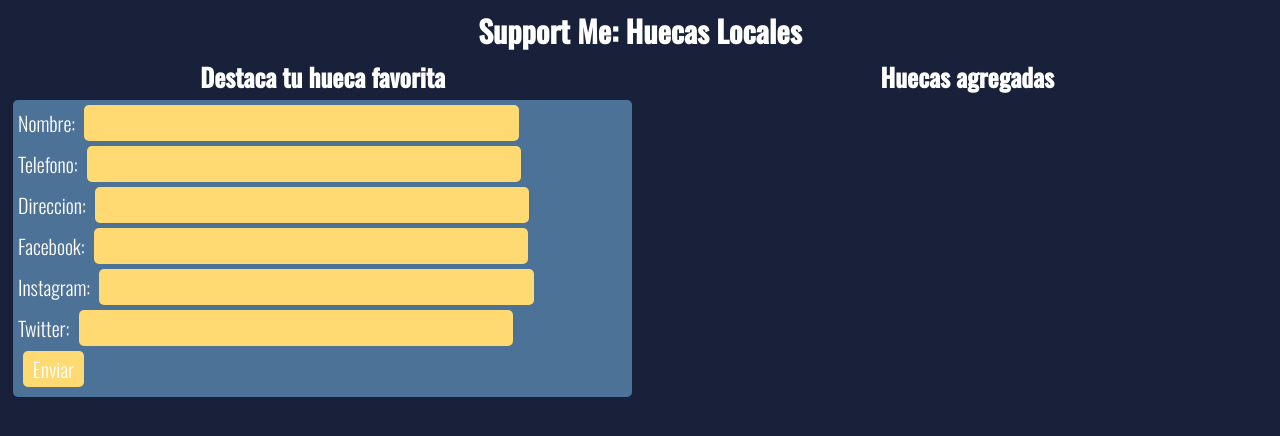
Repository: renzopachecoj/huecas-website
Page: index.html
These files come from the project's save history. The page is drawn as it stood at one moment and after the next save; the edit follows.
The browser window is 1280 px wide. The pictures show the whole page.

Above is the page before, as saved 2020-08-01 15:30:30.

### index.html
<!DOCTYPE html>
<html>
<head>
    <title>Huecas</title>
    <link rel="stylesheet" href="styles.css">
</head>
<body>
    <h1>Support Me: Huecas Locales</h1>
    <div id="content">
    <div class="col">
        <h2>Destaca tu hueca favorita</h2>
        <form action="huecas.php" method="post">
            Nombre: <input type="text" name="nombre"><br>
            Telefono: <input type="tel" name="telefono"><br>
            Direccion: <input type="text" name="direccion"><br>
            Facebook: <input type="url" name="facebook"><br>
            Instagram: <input type="url" name="instagram"><br>
            Twitter: <input type="url" name="twitter"><br>
            <input type="submit" value="Enviar">
        </form>
    </div>
    <div class="col">
        <h2>Huecas agregadas</h2>
    </div>
</div>
</body>
</html>

### styles.css
@import url('https://fonts.googleapis.com/css2?family=Oswald:wght@300;500&display=swap');

* {
    font-family: 'Oswald', sans-serif;
    font-weight: lighter;
    font-size: 20px;
    color: #fff;
}
body{
    background-color: #18203a;
}
h1{
    font-size: 30px;
    font-weight: bold;
    width: 100%;
    text-align: center;
    margin: 5px 0px 5px 0px;
}
h2{
    font-size: 25px;
    font-weight: bold;
    width: 100%;
    text-align: center;
    margin: 0px 0px 5px 0px;
}
.col{
    display: flex;
    flex-direction: column;
    width: 49%;
}
#content{
    display: flex;
    flex-direction: row;
    float: left;
    column-gap: 2%;
    width: 100%;
    margin: 0px 5px 5px 5px;
}
input{
    width: 70%;
    margin: 0px 5px 5px 5px;
    border-radius: 5px;
    border-color: transparent;
    background-color: #FFD972;
    align-self: stretch;
}
input[value="Enviar"]{
    width: 10%;
    z-index: 100;
}
form{
    background-color: #4D7298;
    padding: 5px 5px 5px 5px;
    border-radius: 5px;
}

After the next save:
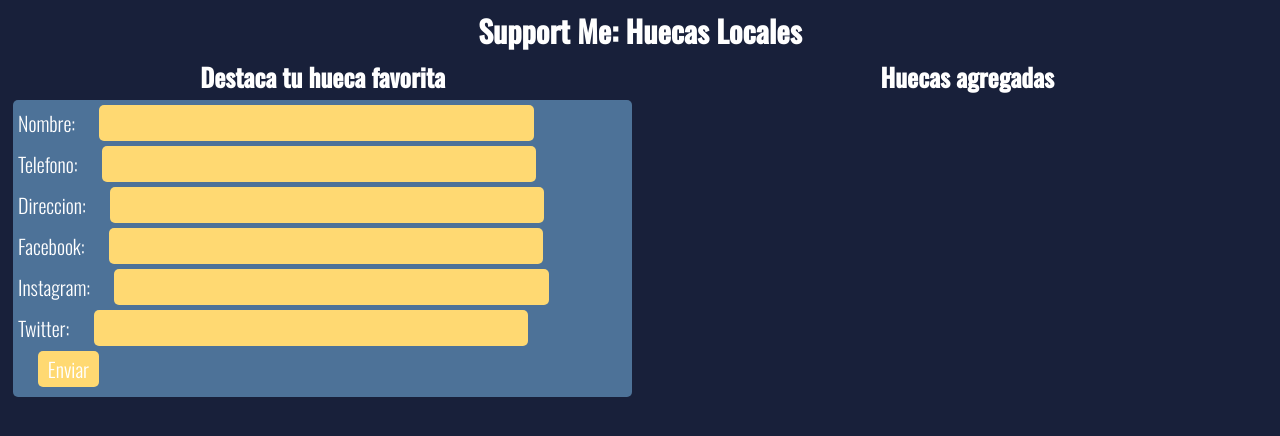
Saved 19 s later.
--- a/styles.css
+++ b/styles.css
@@ -38,7 +38,7 @@ h2{
 }
 input{
     width: 70%;
-    margin: 0px 5px 5px 5px;
+    margin: 0px 5px 5px 20px;
     border-radius: 5px;
     border-color: transparent;
     background-color: #FFD972;
